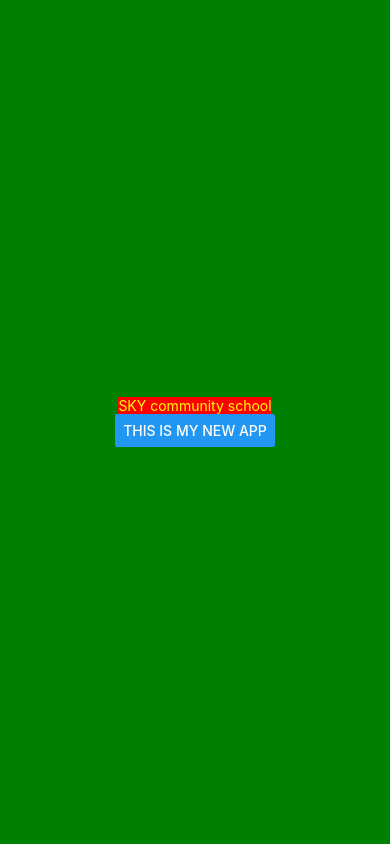
Repository: 2000-Nanayaw/MobileApp
Screen: /
These files come from the project's save history. The screen is drawn as it stood at one moment and after the next save; the edit follows.
The app was drawn by React Native's web renderer in a window 390 px wide. The project was rebuilt for these pictures with package versions that can differ from the ones it lists, and the page was loaded fresh each time.

Above is the screen before, as saved 2023-08-25 13:51:32.

After the next save:
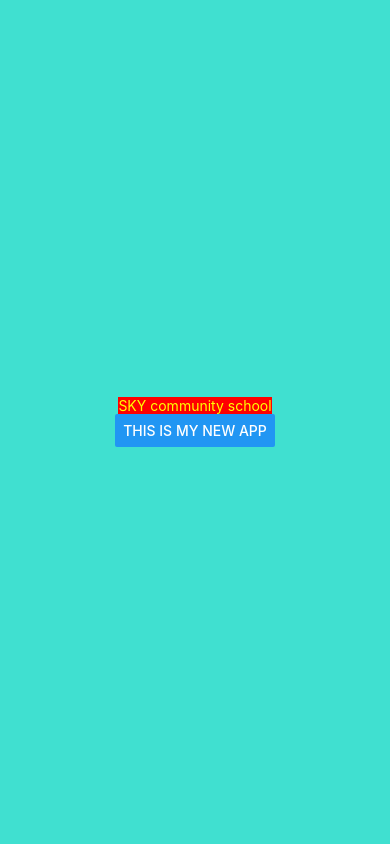
Saved 25 s later.
--- a/App.js
+++ b/App.js
@@ -16,7 +16,7 @@ function App() {
 const styles = StyleSheet.create({
   container: {
     flex: 1,
-    backgroundColor: "green",
+    backgroundColor: "turquoise",
     alignItems: "center",
     justifyContent: "center",
   },
